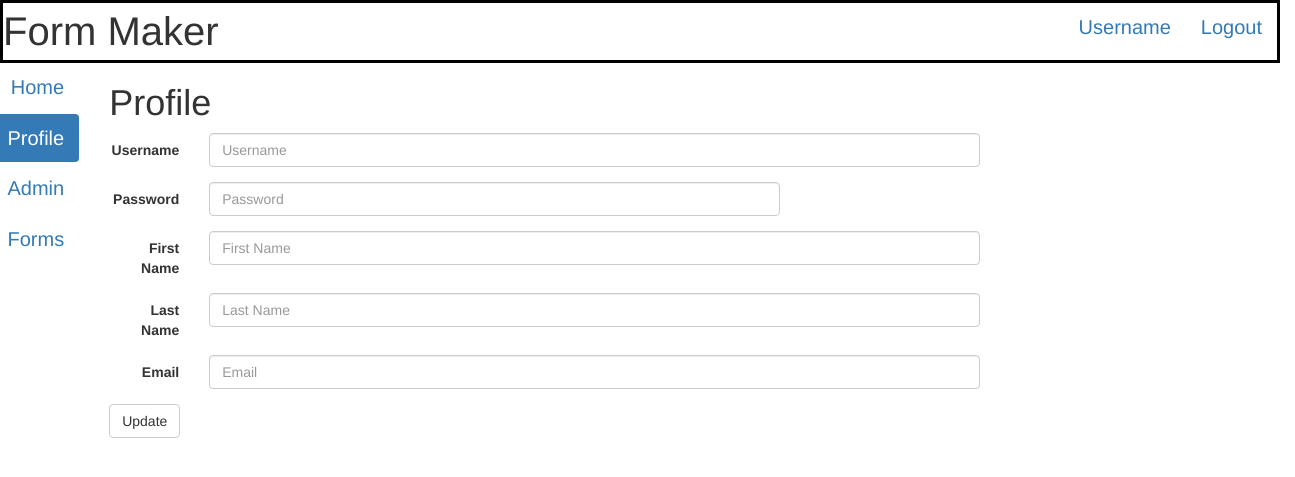
Repository: dishant8/Web-development
Page: public/WebDevWorkspace/Assignment1/WebContent/Css/Bootstrap/profile.html
These files come from the project's save history. The page is drawn as it stood at one moment and after the next save; the edit follows.
The browser window is 1280 px wide. The page is 1295 px wide, so the pictures cover 1295 px, including what lies to the right of the window. The pictures show the whole page.

Above is the page before, as saved 2015-10-03 21:41:25.

### public/WebDevWorkspace/Assignment1/WebContent/Css/Bootstrap/profile.html
<!DOCTYPE html>
<html>
<head>
<meta charset="ISO-8859-1">
<title>Form Maker</title>
<!--   <link href="Css/bootstrap.min.css" rel="stylesheet" />-->
<link href="app/vendor/bootstrap/dist/css/bootstrap.min.css"
	rel="stylesheet" />

<link rel="stylesheet" href="style.css" />


</head>
<body>
	<div id="upper-header">
		<span class="header-width">Form Maker</span>
		<ul class="nav nav-pills navigate">
			<li id="logout" role="presentation"><a href="login.html">Logout</a></li>
			<li id="username" role="presentation"><a href="profile.html">Username</a></li>
		</ul>
	</div>

	<div class="row">

		<div class="col-xs-1">

			<ul class="nav nav-pills nav-stacked">
				<li role="presentation"><a href="home.html">Home</a></li>
				<li role="presentation" class="active"><a href="profile.html">Profile</a></li>
				<li role="presentation"><a href="admin.html">Admin</a></li>
				<li role="presentation"><a href="forms.html">Forms</a></li>
			</ul>
		</div>

		<div class="col-xs-11">

			<h1>Profile</h1>
			<form class="form-horizontal">
				<div class="form-group">
					<label for="username" class="col-sm-1 control-label">Username</label>
					<div class="col-sm-8">
						<input type="text" class="form-control" id="username"
							placeholder="Username">
					</div>
				</div>

				<div class="form-group">
					<label for="password" class="col-sm-1 control-label">Password</label>
					<div class="col-sm-6">
						<input type="password" class="form-control" id="password"
							placeholder="Password">
					</div>
				</div>


				<div class="form-group">
					<label for="first name" class="col-sm-1 control-label">First
						Name</label>
					<div class="col-sm-8">
						<input type="text" class="form-control" id="first name"
							placeholder="First Name">
					</div>
				</div>

				<div class="form-group">
					<label for="last name" class="col-sm-1 control-label">Last
						Name</label>
					<div class="col-sm-8">
						<input type="text" class="form-control" id="last name"
							placeholder="Last Name">
					</div>
				</div>

				<div class="form-group">
					<label for="email" class="col-sm-1 control-label">Email</label>
					<div class="col-sm-8">
						<input type="text" class="form-control" id="email"
							placeholder="Email">
					</div>
				</div>


				<div class="form-group">
					<div class="col-sm-6">
						<button type="submit" class="btn btn-default">Update</button>
					</div>
				</div>
			</form>
		</div>
	</div>
</body>
</html>

### public/WebDevWorkspace/Assignment1/WebContent/Css/Bootstrap/style.css
body {margin ="10px";padding ="10px";

}

.col-md-1 {
	border-right: black solid medium;
	border-top: black solid medium;
	border-bottom: black solid medium;
	border-left: black solid medium;
	font-size: 15px;
}

.contain {
	border-bottom: black solid medium;
	border-top: black solid medium;
	border-right: black solid medium;
	border-left: black solid medium;
	margin-top: 30 px;
	margin-bottom: 30 px;
	margin-left: 30 px;
	margin-right: 30 px;
}

#navigate {float = right;
	font-size: 20px;
}

.nav-pills>li {
	float: right;
	font-size: 20px;
}

#upper-header {
	border-bottom: black solid;
	border-right: black solid;
	border-left: black solid;
	border-top: black solid;
}

#tab {
	float: left;
	font-size: 20px;
}

.navigate {
	width: 30%;
	float: right;
}

.header-width {
	width: 70%;
	font-size: 40px;
}

.length {
	height: 50%;
	border-right: black solid;
	border-bottom: black solid;
	border-top: black solid;
}

Loaded but not shown: public/WebDevWorkspace/Assignment1/WebContent/Css/Bootstrap/app/vendor/bootstrap/dist/css/bootstrap.min.css (library)

After the next save:
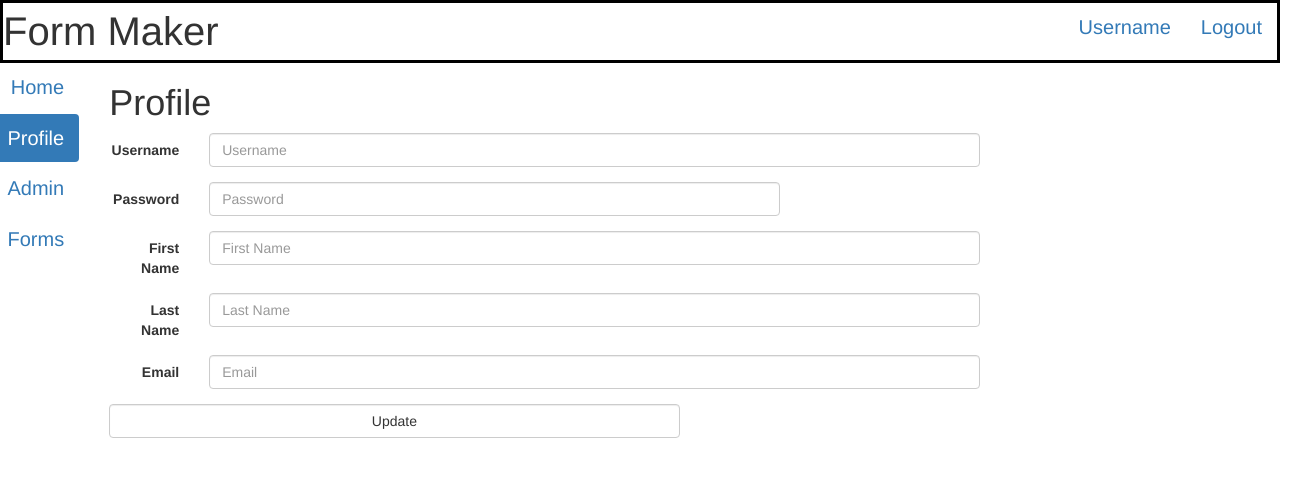
Saved 16 s later.
--- a/public/WebDevWorkspace/Assignment1/WebContent/Css/Bootstrap/profile.html
+++ b/public/WebDevWorkspace/Assignment1/WebContent/Css/Bootstrap/profile.html
@@ -82,7 +82,7 @@
 
 				<div class="form-group">
 					<div class="col-sm-6">
-						<button type="submit" class="btn btn-default">Update</button>
+						<button type="submit" class="btn btn-default form-control">Update</button>
 					</div>
 				</div>
 			</form>
